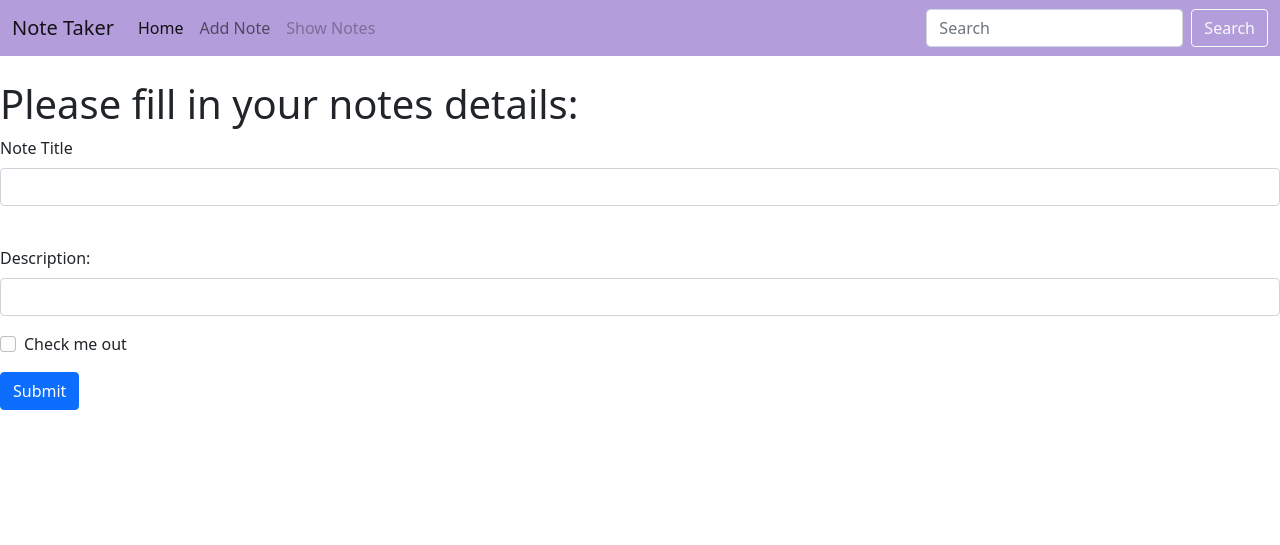
Repository: Tanmoy4672/Hibernate
Page: http://localhost/NoteTaker/add_notes.jsp
An editor plug-in stored every save of this project. The page is shown before and after the next save, followed by the edit.
The browser window is 1280 px wide. The pictures show the whole page.
The page is served by Tomcat 9.

Above is the page before, as saved 2021-12-16 06:18:12.

After the next save:
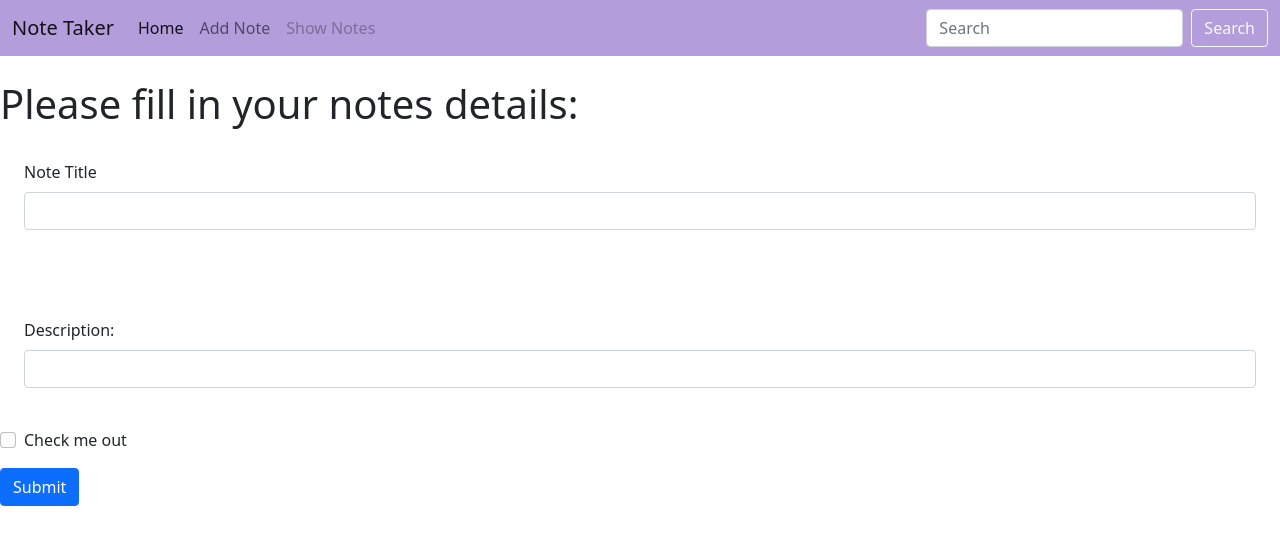
Saved 20 s later.
--- a/NoteTaker/src/main/webapp/add_notes.jsp
+++ b/NoteTaker/src/main/webapp/add_notes.jsp
@@ -17,13 +17,13 @@
 <h1>Please fill in your notes details:</h1>
 	<!-- This is add notes form -->
 	<form action="SaveNoteServlet" method="POST">
-		<div class="mb-3 p-6">
+		<div class="mb-3 p-4">
 			<label for="exampleInputEmail1" class="form-label">Note Title</label>
 			 <input type="text" class="form-control"
 				id="exampleInputEmail1" aria-describedby="emailHelp">
 			<br>
 		</div>
-		<div class="mb-3">
+		<div class="mb-3 p-4">
 			<label for="exampleInputPassword1" class="form-label">Description:</label>
 			<input type="text" class="form-control"
 				id="exampleInputPassword1">
